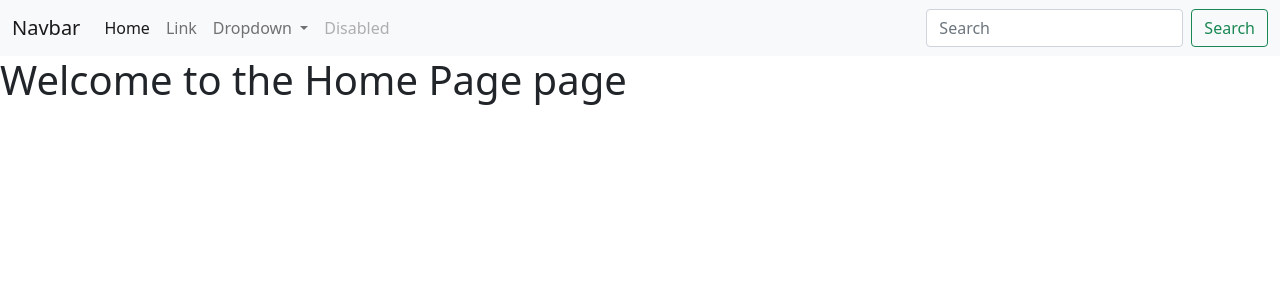
Repository: Survey-Wizard/SurveyWizard
Page: http://localhost/home
An editor plug-in stored every save of this project. The page is shown before and after the next save, followed by the edit.
The browser window is 1280 px wide. The pictures show the whole page.
The page is served by the project's Node server (server.js).

Above is the page before, as saved 2021-05-30 09:50:21.

After the next save:
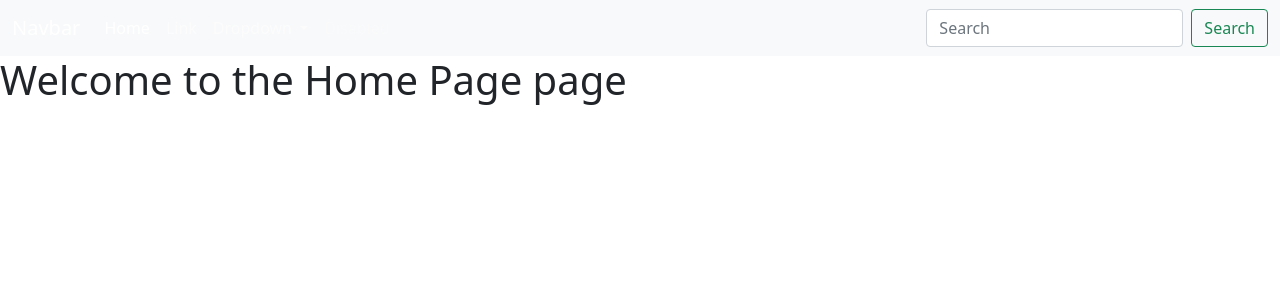
Saved 2 min 15 s later.
--- a/views/index.ejs
+++ b/views/index.ejs
@@ -12,7 +12,7 @@
 </head>
 <body>
 
-  <nav class="navbar navbar-expand-lg navbar-light bg-light">
+  <nav class="navbar navbar-expand-lg navbar-dark bg-light">
     <div class="container-fluid">
       <a class="navbar-brand" href="#">Navbar</a>
       <button class="navbar-toggler" type="button" data-bs-toggle="collapse" data-bs-target="#navbarSupportedContent" aria-controls="navbarSupportedContent" aria-expanded="false" aria-label="Toggle navigation">
